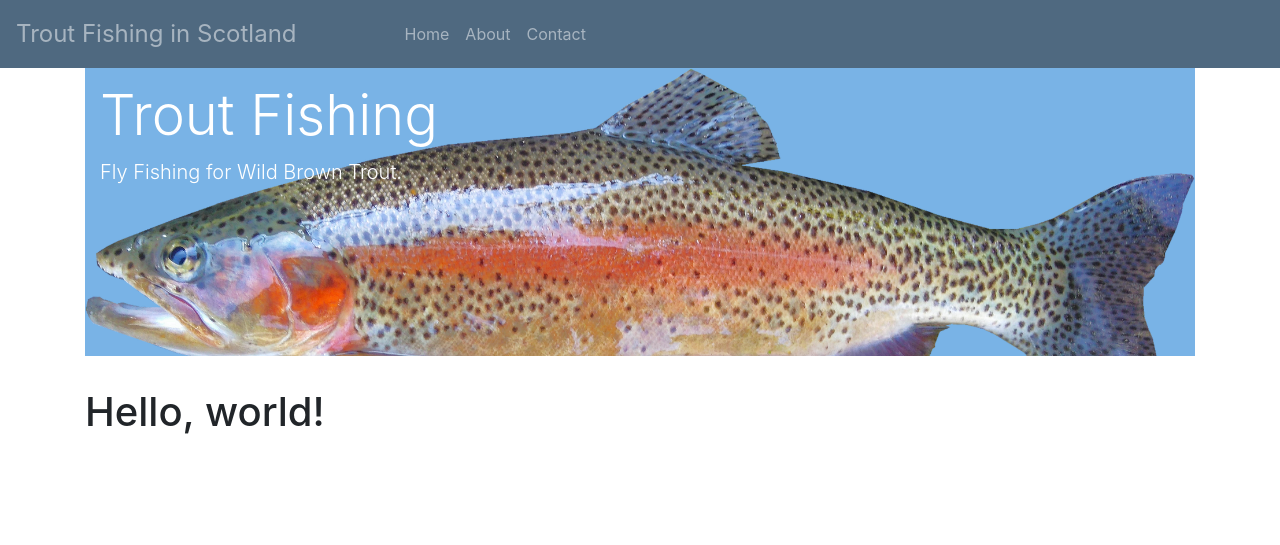
Repository: adrian9211/College_project
Page: about.html
An editor plug-in stored every save of this project. The page is shown before and after the next save, followed by the edit.
The browser window is 1280 px wide. The pictures show the whole page.

Above is the page before, as saved 2020-11-04 07:55:36.

After the next save:
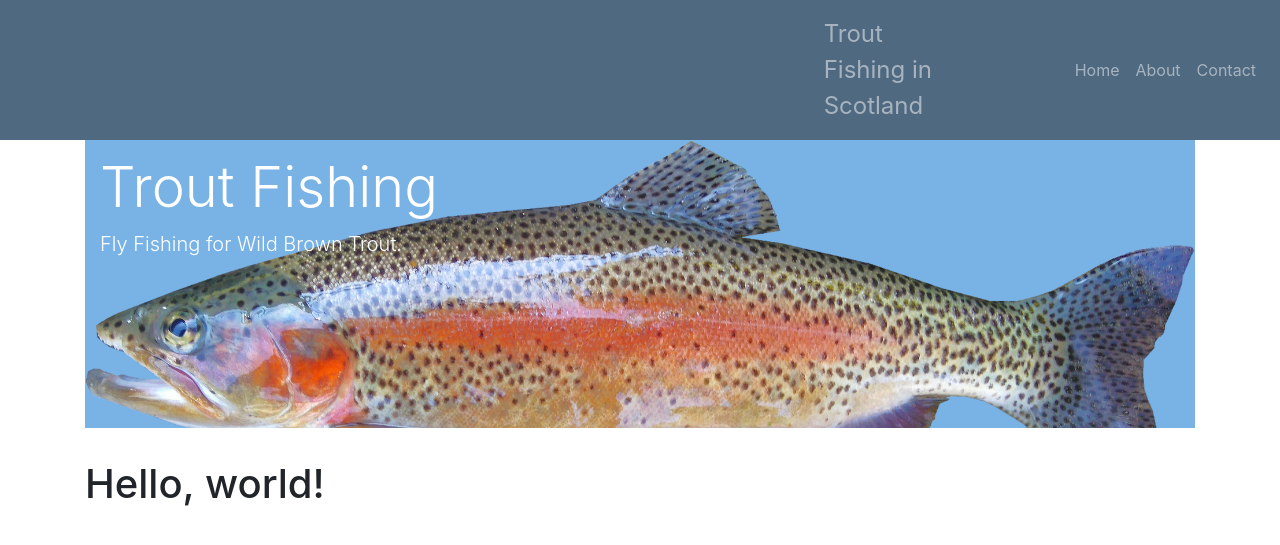
Saved 4 s later.
--- a/about.html
+++ b/about.html
@@ -14,7 +14,7 @@
   <body>
        <!-- Navigation  bar start -->
        <nav class="navbar navbar-expand-sm navbar-dark sticky-top" role="navigation" id="navbar2" style="background-color: #4F6980;">
-        <div class=""></div>
+        <div class="container"></div>
           <a href="index.html"><span class="navbar-text">Trout Fishing in Scotland</span></a>
           <button class="navbar-toggler" data-toggle="collapse" data-target="#collapse_target">
             <span class="navbar-toggler-icon"></span>

After the 2 saves that followed:
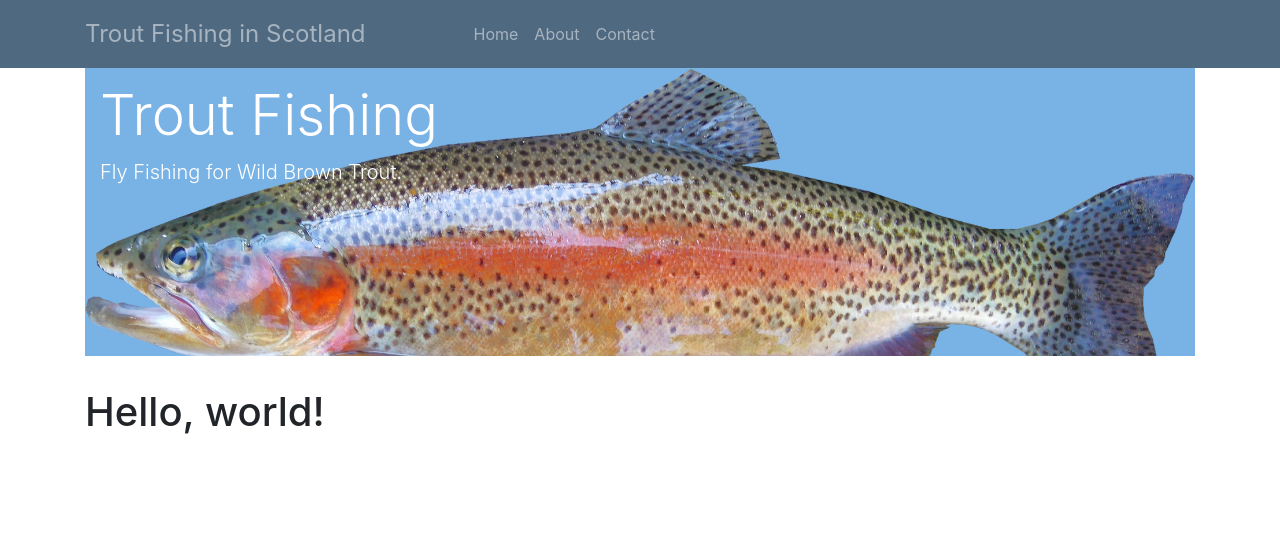
The 2 saves are shown as one change because they came seconds apart.
The last was saved 7 s later.
--- a/about.html
+++ b/about.html
@@ -14,7 +14,7 @@
   <body>
        <!-- Navigation  bar start -->
        <nav class="navbar navbar-expand-sm navbar-dark sticky-top" role="navigation" id="navbar2" style="background-color: #4F6980;">
-        <div class="container"></div>
+        <div class="container">
           <a href="index.html"><span class="navbar-text">Trout Fishing in Scotland</span></a>
           <button class="navbar-toggler" data-toggle="collapse" data-target="#collapse_target">
             <span class="navbar-toggler-icon"></span>
@@ -32,6 +32,7 @@
             </li>
           </ul>
         </div>
+      </div>
       </nav>
       <!-- Navigation  bar end -->
       <!-- Jumbotron start -->
